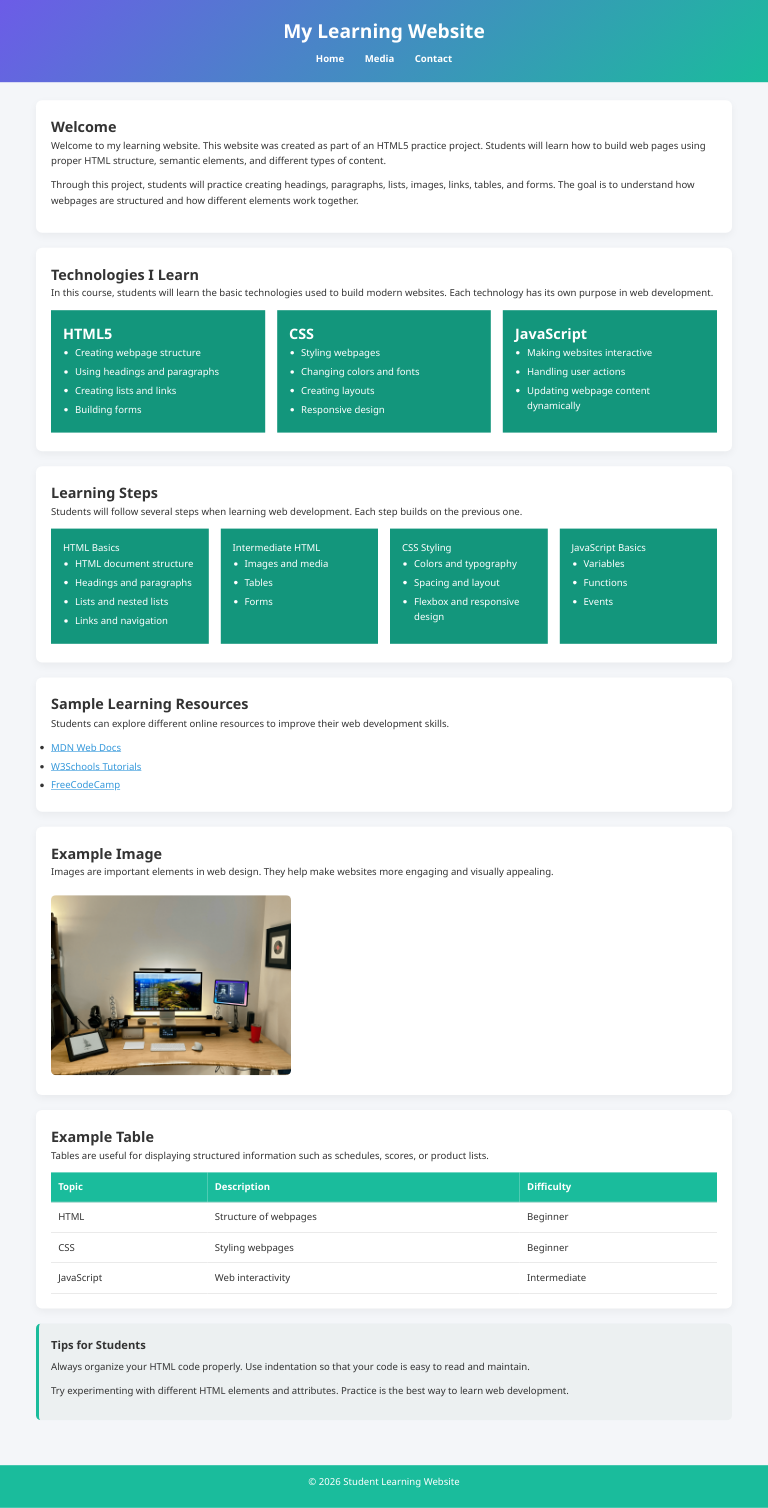
Repository: Than-sothearak/web_client_programing
Page: Week_03/index.html
The author's editor kept a copy of each file at every save. The page is drawn from the files as they stood at one save, then again after the next save.
The browser window is 1280 px wide. The pictures show the whole page, at 60% of full size.

Above is the page before, as saved 2026-03-24 21:25:26.

### Week_03/index.html
<!doctype html>
<html lang="en">
  <head>
    <meta charset="UTF-8" />
    <meta name="viewport" content="width=device-width, initial-scale=1.0" />
    <title>My Learning Website</title>
    <link rel="stylesheet" href="styles.css" />
  </head>

  <body>
    <header>
      <h1>My Learning Website</h1>

      <nav>
        <ul>
          <li><a href="index.html">Home</a></li>
          <li><a href="gallery.html">Media</a></li>
          <li><a href="contact.html">Contact</a></li>
        </ul>
      </nav>
    </header>

    <main>
      <section>
        <article>
          <h2>Welcome</h2>

          <p>
            Welcome to my learning website. This website was created as part of
            an HTML5 practice project. Students will learn how to build web
            pages using proper HTML structure, semantic elements, and different
            types of content.
          </p>

          <p>
            Through this project, students will practice creating headings,
            paragraphs, lists, images, links, tables, and forms. The goal is to
            understand how webpages are structured and how different elements
            work together.
          </p>
        </article>
      </section>

      <section>
        <h2>Technologies I Learn</h2>

        <p>
          In this course, students will learn the basic technologies used to
          build modern websites. Each technology has its own purpose in web
          development.
        </p>

        <ul class="card-container">
          <li class="card">
            <h2>HTML5</h2>
            <ul>
              <li>Creating webpage structure</li>
              <li>Using headings and paragraphs</li>
              <li>Creating lists and links</li>
              <li>Building forms</li>
            </ul>
          </li>

          <li class="card">
            <h2>CSS</h2>
            <ul>
              <li>Styling webpages</li>
              <li>Changing colors and fonts</li>
              <li>Creating layouts</li>
              <li>Responsive design</li>
            </ul>
          </li>

          <li class="card">
            <h2>JavaScript</h2>
            <ul>
              <li>Making websites interactive</li>
              <li>Handling user actions</li>
              <li>Updating webpage content dynamically</li>
            </ul>
          </li>
        </ul>
      </section>

      <section>
        <h2>Learning Steps</h2>

        <p>
          Students will follow several steps when learning web development. Each
          step builds on the previous one.
        </p>

        <ol class="card-container">
          <li class="card">
            HTML Basics
            <ul>
              <li>HTML document structure</li>
              <li>Headings and paragraphs</li>
              <li>Lists and nested lists</li>
              <li>Links and navigation</li>
            </ul>
          </li>

          <li class="card">
            Intermediate HTML
            <ul>
              <li>Images and media</li>
              <li>Tables</li>
              <li>Forms</li>
            </ul>
          </li>

          <li class="card">
            CSS Styling
            <ul>
              <li>Colors and typography</li>
              <li>Spacing and layout</li>
              <li>Flexbox and responsive design</li>
            </ul>
          </li>

          <li class="card">
            JavaScript Basics
            <ul>
              <li>Variables</li>
              <li>Functions</li>
              <li>Events</li>
            </ul>
          </li>
        </ol>
      </section>

      <section>
        <h2>Sample Learning Resources</h2>

        <p>
          Students can explore different online resources to improve their web
          development skills.
        </p>

        <ul>
          <li>
            <a href="https://developer.mozilla.org" target="_blank">
              MDN Web Docs
            </a>
          </li>

          <li>
            <a href="https://www.w3schools.com" target="_blank">
              W3Schools Tutorials
            </a>
          </li>

          <li>
            <a href="https://www.freecodecamp.org" target="_blank">
              FreeCodeCamp
            </a>
          </li>
        </ul>
      </section>

      <section>
        <h2>Example Image</h2>

        <p>
          Images are important elements in web design. They help make websites
          more engaging and visually appealing.
        </p>

        <img src="../images/computer.png" alt="Computer setup" width="400" />
      </section>

      <section>
        <h2>Example Table</h2>

        <p>
          Tables are useful for displaying structured information such as
          schedules, scores, or product lists.
        </p>

        <table>
          <tr>
            <th>Topic</th>
            <th>Description</th>
            <th>Difficulty</th>
          </tr>

          <tr>
            <td>HTML</td>
            <td>Structure of webpages</td>
            <td>Beginner</td>
          </tr>

          <tr>
            <td>CSS</td>
            <td>Styling webpages</td>
            <td>Beginner</td>
          </tr>

          <tr>
            <td>JavaScript</td>
            <td>Web interactivity</td>
            <td>Intermediate</td>
          </tr>
        </table>
      </section>

      <aside>
        <h3>Tips for Students</h3>

        <p>
          Always organize your HTML code properly. Use indentation so that your
          code is easy to read and maintain.
        </p>

        <p>
          Try experimenting with different HTML elements and attributes.
          Practice is the best way to learn web development.
        </p>
      </aside>
    </main>

    <footer>
      <p>© 2026 Student Learning Website</p>
    </footer>
  </body>
</html>

### Week_03/styles.css
/* Reset basic spacing */

/* Reset */

* {
  margin: 0;
  padding: 0;
  box-sizing: border-box;
}

/* Body */

body {
  font-family: "Segoe UI", Arial, sans-serif;
  background: #f4f6f9;
  color: #333;
  line-height: 1.6;
}

/* Header */

header {
  background: linear-gradient(135deg, #6c5ce7, #1abc9c);
  color: white;
  padding: 25px 20px;
  text-align: center;
}

/* Navigation */

nav ul {
  list-style: none;
  margin-top: 10px;
}

nav ul li {
  display: inline-block;
  margin: 0 15px;
}

nav a {
  color: white;
  text-decoration: none;
  font-weight: 600;
  transition: 0.3s;
}

nav a:hover {
  color: #1abc9c;
}

/* Main container */

main {
  max-width: 1200px;
  margin: auto;
  padding: 30px 20px;
}

/* Section cards */

section {
  background: white;
  padding: 25px;
  margin-bottom: 25px;
  border-radius: 10px;
  box-shadow: 0 5px 15px rgba(0, 0, 0, 0.05);
}

/* Headings */

h1 {
  font-size: 32px;
  margin-bottom: 10px;
}


h3 {
  margin-bottom: 10px;
}

/* Paragraph */

p {
  margin-bottom: 15px;
}

/* Lists */

.card-container {
  display: flex;
  gap: 20px;
  list-style: none;
}

.card {
  padding: 20px;
  color: white;
  width: 100%;
  background-color: #13967c;
}

.card li{
  margin-left: 20px;
  list-style:disc;
}

li {
  margin-bottom: 6px;
}

/* Links */

a {
  color: #3498db;
}

a:hover {
  text-decoration: underline;
}

/* Image styling */

img {
  max-width: 100%;
  height: auto;
  border-radius: 8px;
  margin-top: 10px;
}

/* Table */

table {
  width: 100%;
  border-collapse: collapse;
  margin-top: 10px;
}

th,
td {
  padding: 12px;
  text-align: left;
  border-bottom: 1px solid #ddd;
}

th {
  background: #1abc9c;
  color: white;
}

tr:hover {
  background: #f1f1f1;
}

/* Aside */

aside {
  background: #ecf0f1;
  padding: 20px;
  border-left: 5px solid #1abc9c;
  border-radius: 8px;
  margin-bottom: 25px;
}

/* Footer */

footer {
  text-align: center;
  background: #1abc9c;
  color: white;
  padding: 15px;
  margin-top: 20px;
}

/* Responsive Design */

@media (max-width: 768px) {
  nav ul li {
    display: block;
    margin: 10px 0;
  }

  main {
    padding: 20px 15px;
  }

  h1 {
    font-size: 26px;
  }
}

.images-gallery {
  width: 100%;
  display: flex;
  flex-wrap: wrap;
  gap: 20px;
}

.images-gallery figure {
  flex: 1 1 calc(50% - 20px);
}

.images-gallery img {
  width: 100%;
  height: auto;
}

figcaption {
  margin-top: 8px;
  font-size: 14px;
  color: #555;
}

@media (max-width: 768px) {
  .images-gallery {
    flex-direction: column;
    align-items: center;
  }


}

After the next save:
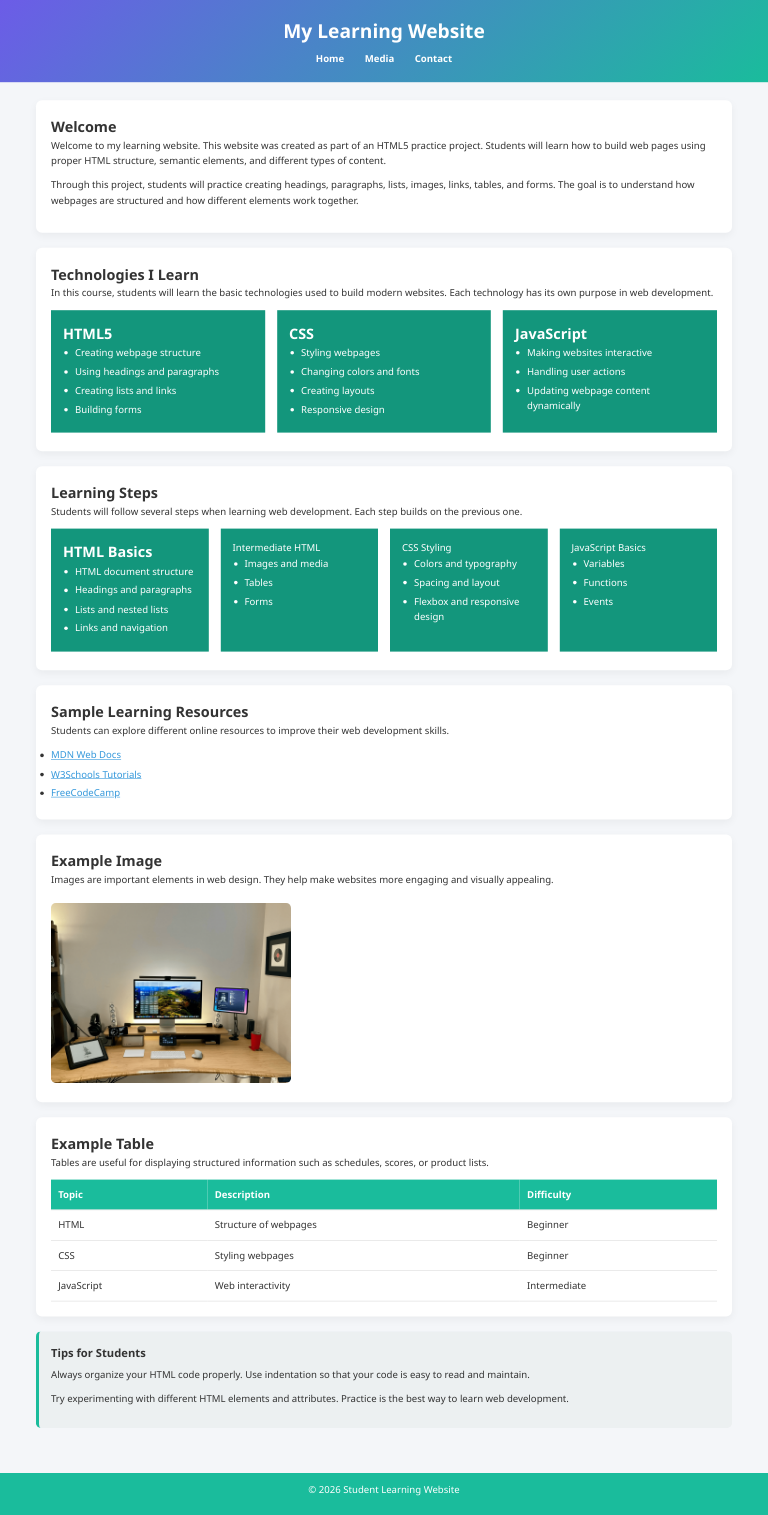
Saved 27 s later.
--- a/Week_03/index.html
+++ b/Week_03/index.html
@@ -92,7 +92,7 @@
 
         <ol class="card-container">
           <li class="card">
-            HTML Basics
+            <h2>HTML Basics</h2>
             <ul>
               <li>HTML document structure</li>
               <li>Headings and paragraphs</li>
